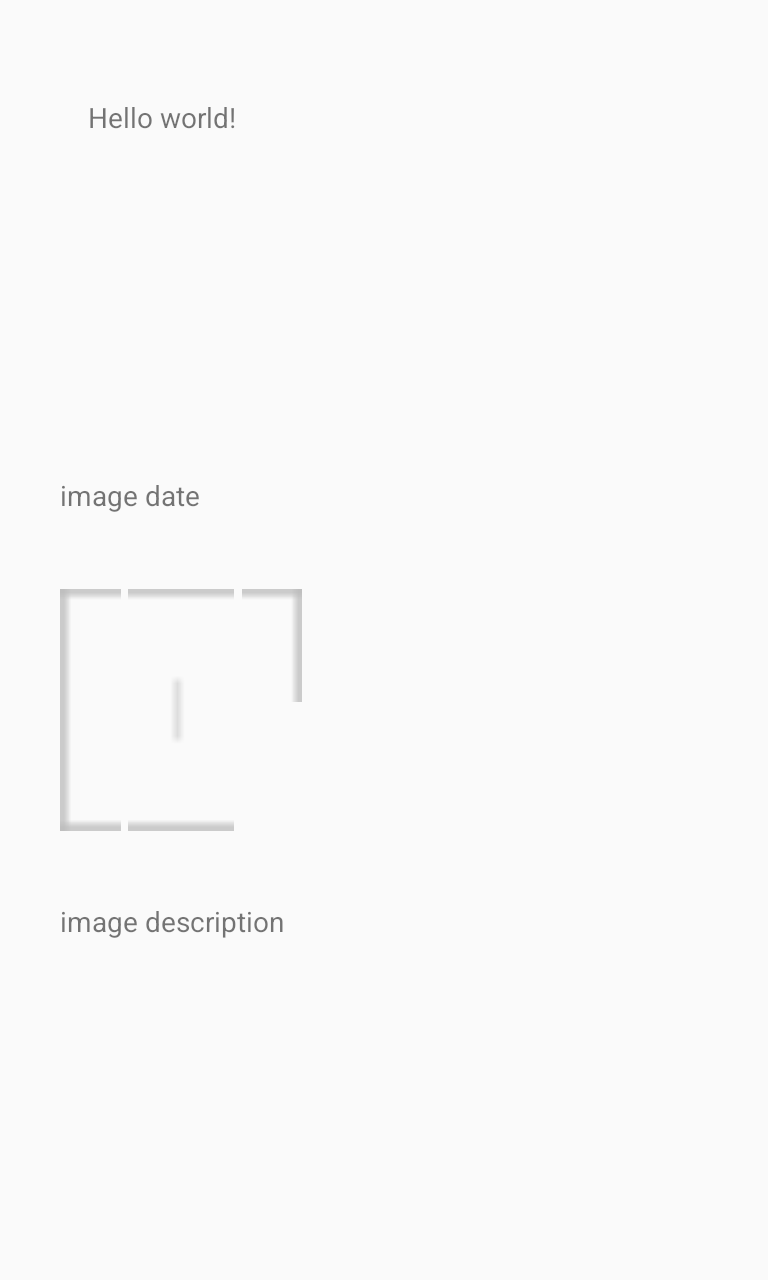
Repository: BaichaoLi/android
Layout: Nasa_E/res/layout/activity_main.xml
The author's editor kept a copy of each file at every save. The layout is drawn from the files as they stood at one save, then again after the next save.
It is drawn on a 768 x 1280 px phone screen (xhdpi) without system bars, with theme AppTheme; the app's code is not run.

Above is the layout before, as saved 2015-05-20 13:03:31.

After the next save:
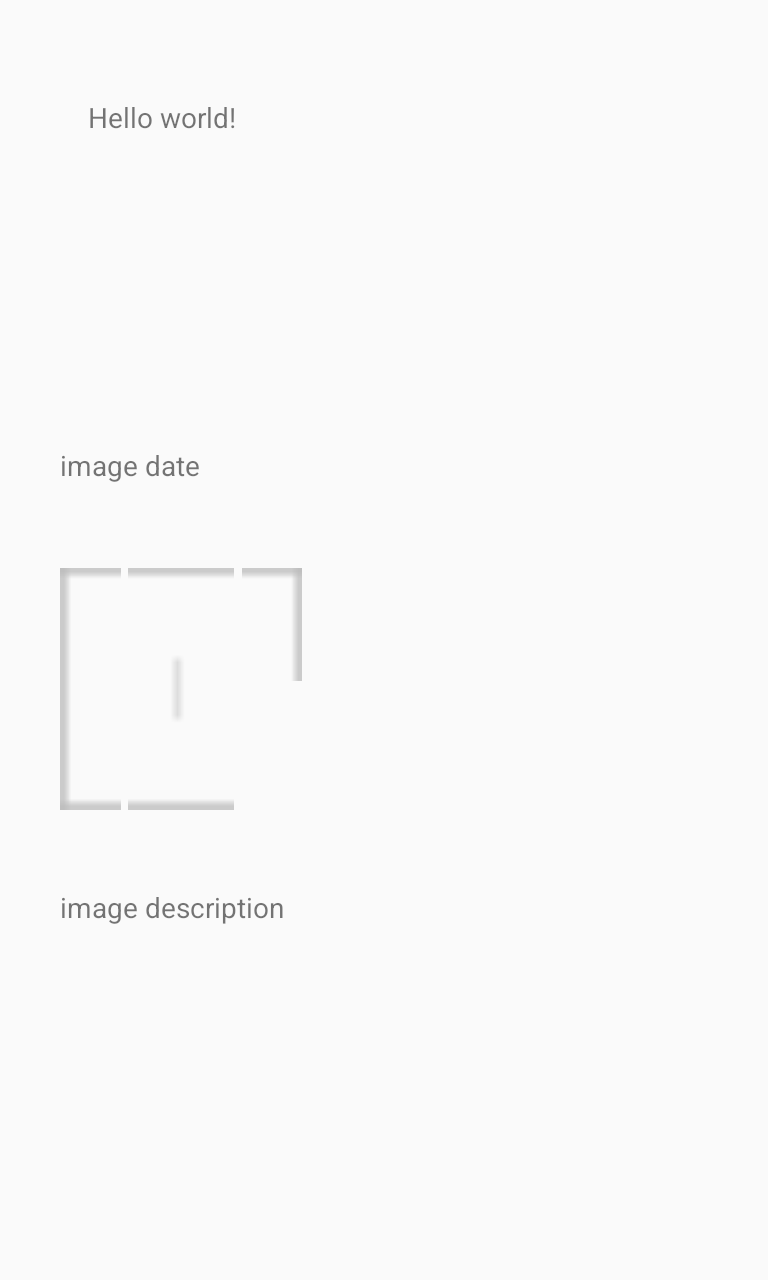
Saved 54 s later.
--- a/Nasa_E/res/layout/activity_main.xml
+++ b/Nasa_E/res/layout/activity_main.xml
@@ -44,7 +44,7 @@
             android:layout_width="wrap_content"
             android:layout_height="wrap_content"
             android:layout_alignParentLeft="true"
-            android:layout_marginTop="32dp"
+            android:layout_marginTop="10dp"
             android:layout_weight="0.35"
             android:text="image date" />
 
